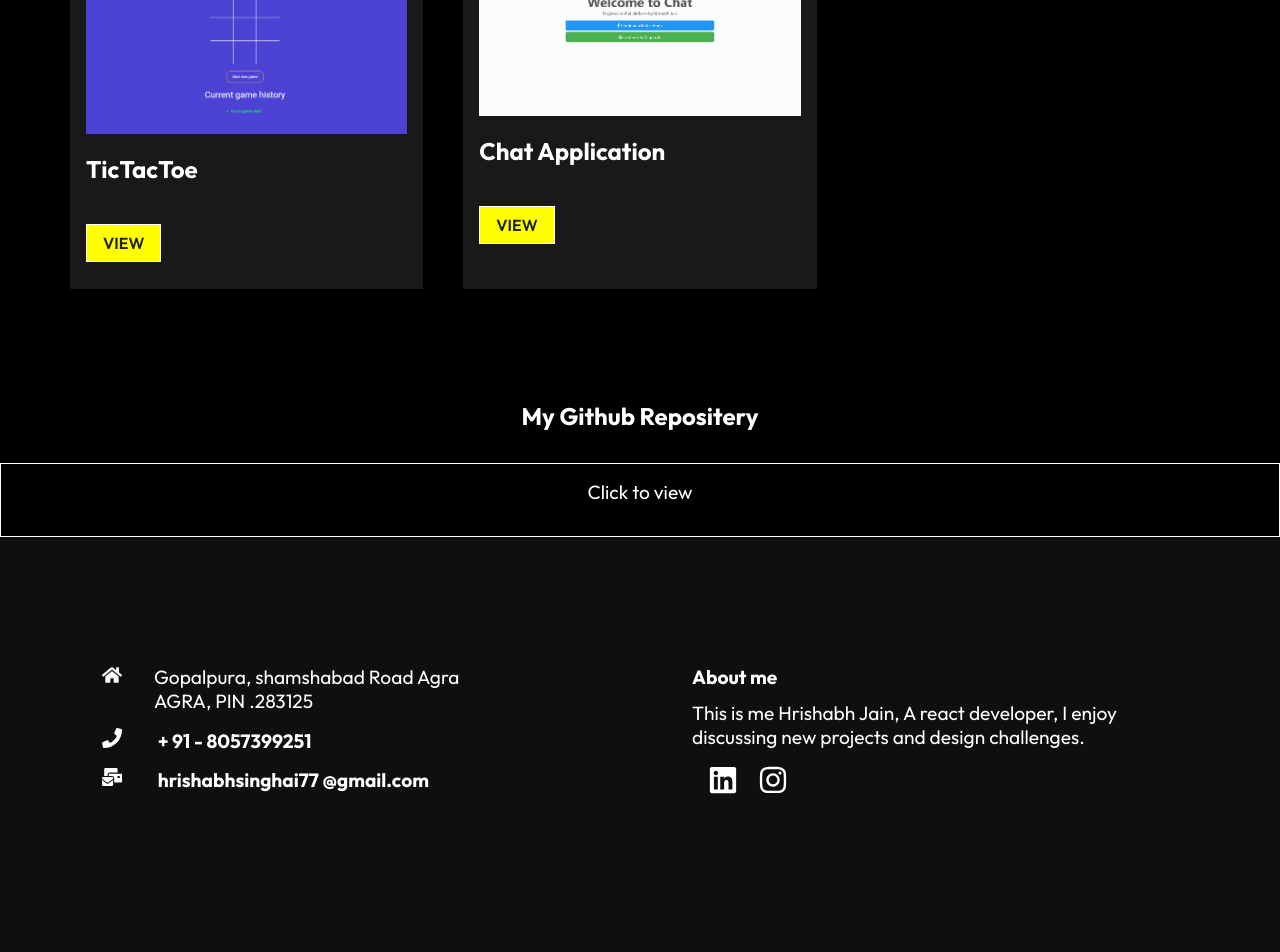
Repository: Hrishabhsinghai/Portfolio
Page: /project
An editor plug-in stored every save of this project. The page is shown before and after the next save, followed by the edit.
The browser window is 1280 px wide. The pictures show the part of the page from y = 706 to 1658 px (the page is 1658 px tall before and 1656 px after).
The project was rebuilt for these pictures with package versions that can differ from the ones it lists, and the page was loaded fresh each time. Also part of the build but not shown: src/components/HeroImgStyles.css, src/components/HeroImg.js, src/routes/Home.js, src/components/AboutContentSttyles.css, src/components/AboutContent.js, src/routes/About.js, src/routes/Contact.js.

Above is the page before, as saved 2024-01-11 22:33:30.

After the next save:
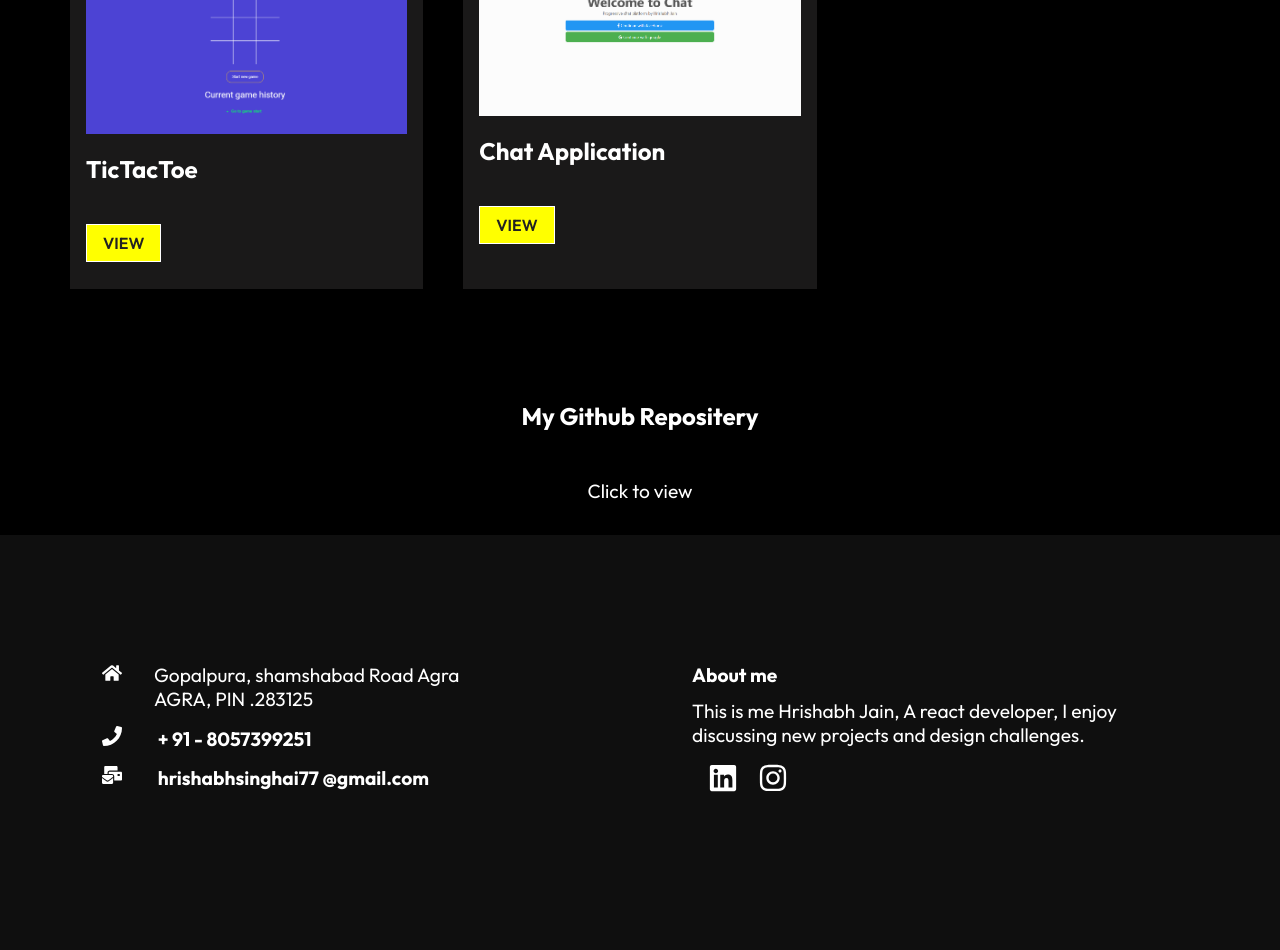
Saved 51 s later.
--- a/src/components/WorkCardStyles.css
+++ b/src/components/WorkCardStyles.css
@@ -61,5 +61,5 @@
   font-size: 1.2rem;
   padding: 1rem 0 2rem 0;
   justify-content: space-between;
-  border: 1px solid #fff;
+  cursor: pointer;
 }
